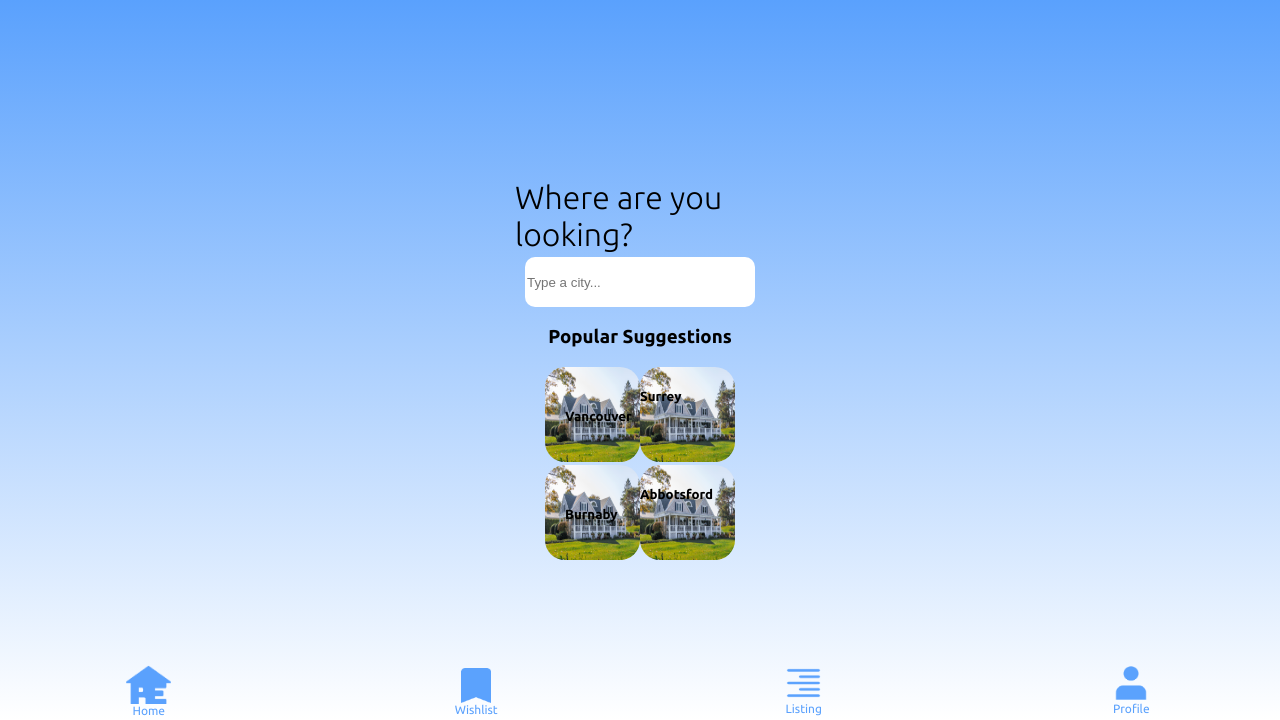
Repository: msyukurrr/realeasy
Page: /listing
The author's editor kept a copy of each file at every save. The page is drawn from the files as they stood at one save, then again after the next save.
The browser window is 1280 px wide. The pictures show the whole page.
The project was rebuilt for these pictures with package versions that can differ from the ones it lists, and the page was loaded fresh each time. The framework's server and built-in components were replaced by stand-ins that run in the browser. Also part of the build but not shown: next.config.js, components/Button.js.

Above is the page before, as saved 2023-01-27 20:38:12.

After the next save:
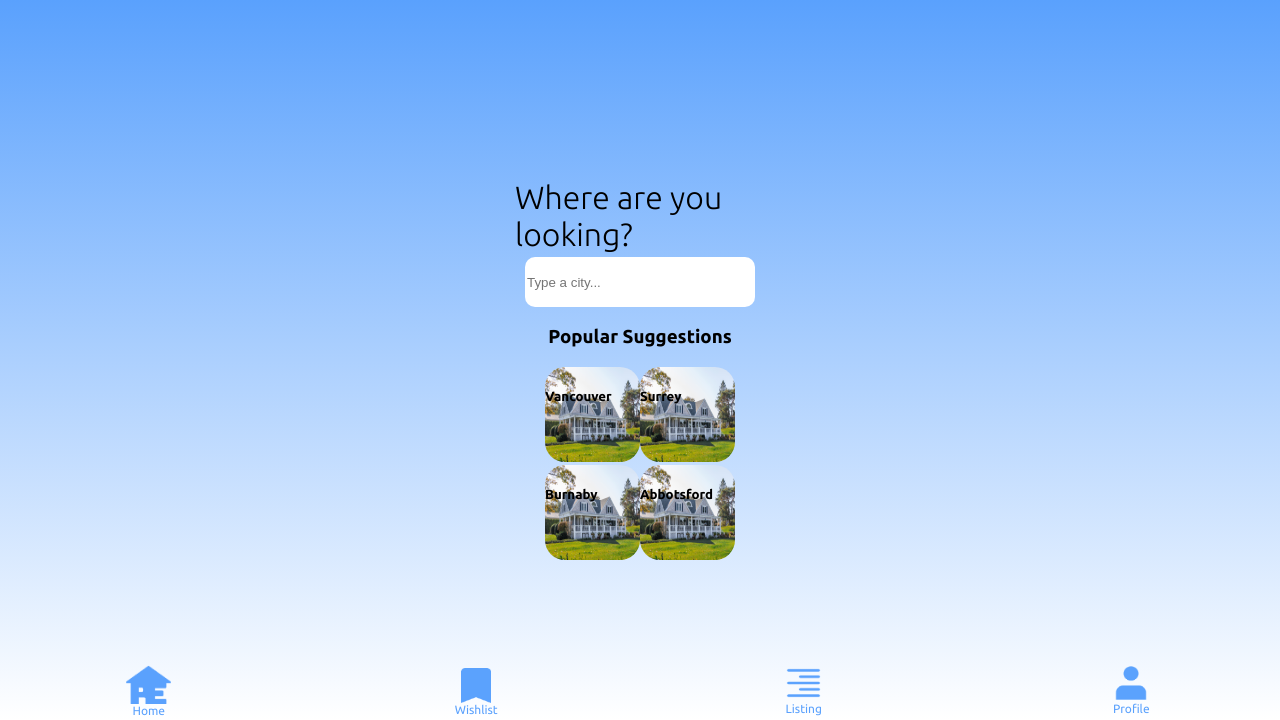
Saved 12 s later.
--- a/pages/listing.js
+++ b/pages/listing.js
@@ -22,7 +22,7 @@ export default function Listing({
 
         <div style={{display:'flex', flexDirection:'row'}}>
             <div>
-                <h5 style={{display:'flex', position:'absolute', padding:20}}>Vancouver</h5>
+                <h5 style={{display:'flex', position:'absolute'}}>Vancouver</h5>
                 <img src="house.png" style={{width:95, height:95, borderRadius:20}}/>
 
             </div>
@@ -36,7 +36,7 @@ export default function Listing({
 
         <div style={{display:'flex', flexDirection:'row'}}>
             <div>
-                <h5 style={{display:'flex', position:'absolute', padding:20}}>Burnaby</h5>
+                <h5 style={{display:'flex', position:'absolute'}}>Burnaby</h5>
                 <img src="house.png" style={{width:95, height:95, borderRadius:20}}/>
 
             </div>
